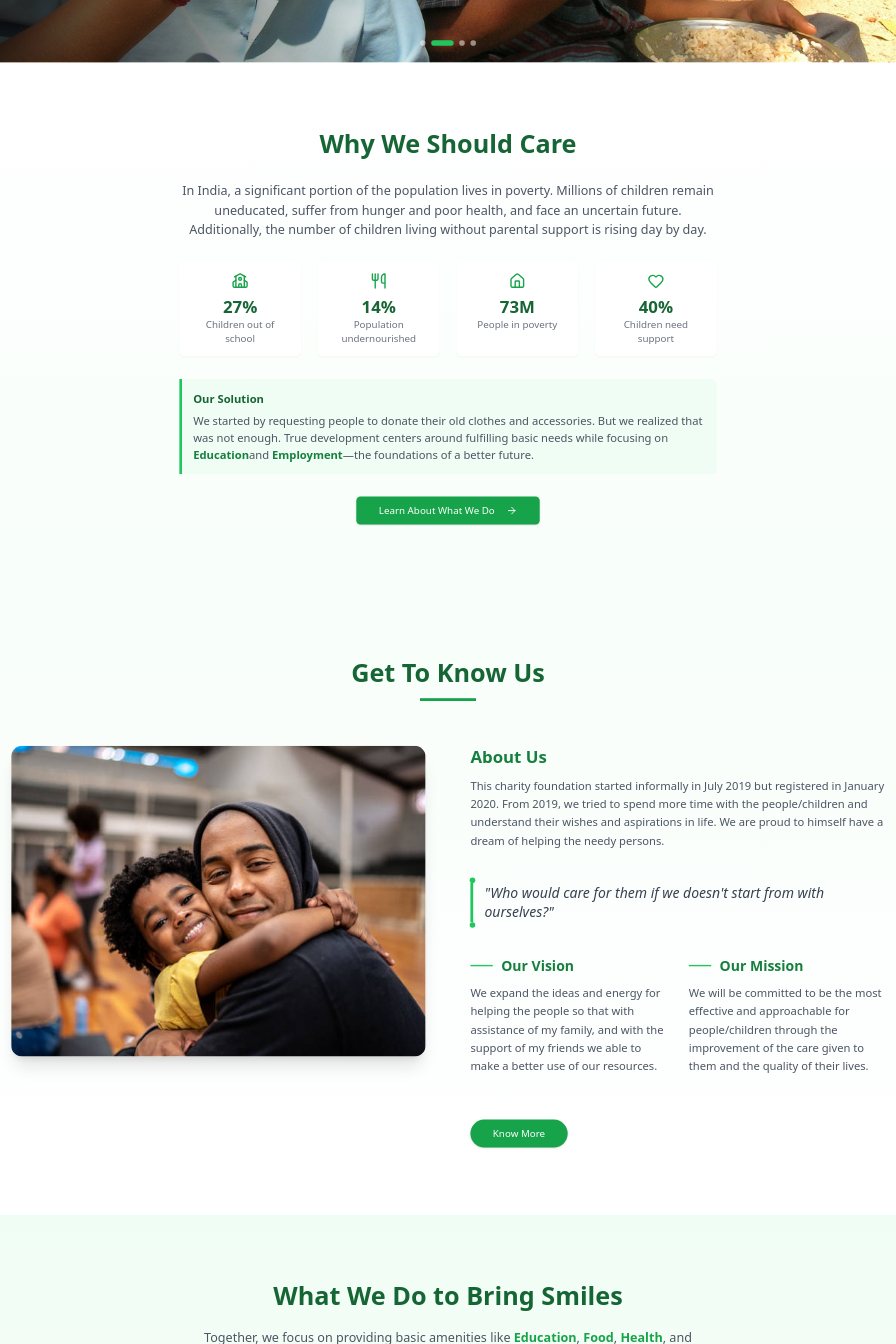
Repository: rajukumar2003/chandra-foundation
Page: /
These files come from the project's save history. The page is drawn as it stood at one moment and after the next save; the edit follows.
The browser window is 1280 px wide. The pictures show the part of the page from y = 579 to 2499 px (the page is 7619 px tall), at 70% of full size.
The project was rebuilt for these pictures with package versions that can differ from the ones it lists, and the page was loaded fresh each time. The framework's server and built-in components were replaced by stand-ins that run in the browser. Also part of the build but not shown: next.config.ts.

Above is the page before, as saved 2024-12-18 20:22:58.

### app/layout.tsx
import type { Metadata } from "next";
import { Geist, Geist_Mono } from "next/font/google";
import "./globals.css";
import Navbar from "./components/navbar";
import Footer from "./components/Footer";

const geistSans = Geist({
  variable: "--font-geist-sans",
  subsets: ["latin"],
});

const geistMono = Geist_Mono({
  variable: "--font-geist-mono",
  subsets: ["latin"],
});

export const metadata: Metadata = {
  title: "Create Next App",
  description: "Generated by create next app",
};

export default function RootLayout({
  children,
}: Readonly<{
  children: React.ReactNode;
}>) {
  return (
    <html lang="en">
      <body
        className={`${geistSans.variable} ${geistMono.variable} antialiased`}
      >
        <Navbar />
        {children}
        <Footer/>
      </body>
    </html>
  );
}

### app/globals.css
@tailwind base;
@tailwind components;
@tailwind utilities;
@layer base {
  :root {
    --background: 0 0% 100%;
    --foreground: 0 0% 3.9%;
    --card: 0 0% 100%;
    --card-foreground: 0 0% 3.9%;
    --popover: 0 0% 100%;
    --popover-foreground: 0 0% 3.9%;
    --primary: 0 0% 9%;
    --primary-foreground: 0 0% 98%;
    --secondary: 0 0% 96.1%;
    --secondary-foreground: 0 0% 9%;
    --muted: 0 0% 96.1%;
    --muted-foreground: 0 0% 45.1%;
    --accent: 0 0% 96.1%;
    --accent-foreground: 0 0% 9%;
    --destructive: 0 84.2% 60.2%;
    --destructive-foreground: 0 0% 98%;
    --border: 0 0% 89.8%;
    --input: 0 0% 89.8%;
    --ring: 0 0% 3.9%;
    --chart-1: 12 76% 61%;
    --chart-2: 173 58% 39%;
    --chart-3: 197 37% 24%;
    --chart-4: 43 74% 66%;
    --chart-5: 27 87% 67%;
    --radius: 0.5rem
  }
  .dark {
    --background: 0 0% 3.9%;
    --foreground: 0 0% 98%;
    --card: 0 0% 3.9%;
    --card-foreground: 0 0% 98%;
    --popover: 0 0% 3.9%;
    --popover-foreground: 0 0% 98%;
    --primary: 0 0% 98%;
    --primary-foreground: 0 0% 9%;
    --secondary: 0 0% 14.9%;
    --secondary-foreground: 0 0% 98%;
    --muted: 0 0% 14.9%;
    --muted-foreground: 0 0% 63.9%;
    --accent: 0 0% 14.9%;
    --accent-foreground: 0 0% 98%;
    --destructive: 0 62.8% 30.6%;
    --destructive-foreground: 0 0% 98%;
    --border: 0 0% 14.9%;
    --input: 0 0% 14.9%;
    --ring: 0 0% 83.1%;
    --chart-1: 220 70% 50%;
    --chart-2: 160 60% 45%;
    --chart-3: 30 80% 55%;
    --chart-4: 280 65% 60%;
    --chart-5: 340 75% 55%
  }
}
@layer base {
  * {
    @apply border-border;
  }
  body {
    @apply bg-background text-foreground;
  }
}

@keyframes float {
  0%, 100% {
    transform: translateY(0);
  }
  50% {
    transform: translateY(-20px);
  }
}

@keyframes float-delayed {
  0%, 100% {
    transform: translateY(0);
  }
  50% {
    transform: translateY(-15px);
  }
}

.animate-float {
  animation: float 6s ease-in-out infinite;
}

.animate-float-delayed {
  animation: float-delayed 5s ease-in-out infinite;
  animation-delay: 1s;
}

### app/components/Footer.tsx
"use client";

import { Facebook, Twitter, Instagram, Youtube, Mail } from "lucide-react";
import Link from "next/link";
import { Input } from "@/components/ui/input";
import { Button } from "@/components/ui/button";

const socialLinks = [
  { icon: Facebook, href: "#", label: "Facebook" },
  { icon: Twitter, href: "#", label: "Twitter" },
  { icon: Instagram, href: "#", label: "Instagram" },
  { icon: Youtube, href: "#", label: "YouTube" },
];

const quickLinks = [
  { name: "What we do?", href: "/about" },
  { name: "Our Work", href: "/programs" },
  { name: "Get Involved", href: "/get-involved" },
  { name: "Contact", href: "/contact" },
];

export default function Footer() {
  return (
    <footer className="bg-green-900 text-white">
      <div className="container mx-auto px-4 py-12">
        <div className="grid grid-cols-1 md:grid-cols-2 lg:grid-cols-4 gap-8">
          {/* Logo and Description */}
          <div className="space-y-4">
            <Link href="/" className="text-2xl font-bold">
              Chandra Foundation
            </Link>
            <p className="text-green-200 text-sm">
              Nurturing Dreams, Transforming Lives. Together, we can make a
              difference.
            </p>
          </div>

          {/* Quick Links */}
          <div>
            <h3 className="text-lg font-semibold mb-4">Quick Links</h3>
            <ul className="space-y-2">
              {quickLinks.map((link) => (
                <li key={link.name}>
                  <Link
                    href={link.href}
                    className="text-green-200 hover:text-white transition-colors"
                  >
                    {link.name}
                  </Link>
                </li>
              ))}
            </ul>
          </div>

          {/* Contact Info */}
          <div>
            <h3 className="text-lg font-semibold mb-4">Contact Us</h3>
            <address className="not-italic text-green-200 space-y-2">
              <p>123 Charity Lane</p>
              <p>Compassion City, CC 12345</p>
              <p>Phone: (123) 456-7890</p>
              <p>Email: info@chandrafoundation.org</p>
            </address>
          </div>

          {/* Newsletter Signup */}
          <div>
            <h3 className="text-lg font-semibold mb-4">Stay Updated</h3>
            <form className="space-y-2">
              <Input
                type="email"
                placeholder="Your email address"
                className="bg-white text-black placeholder-green-400"
              />
              <Button className="w-full bg-green-600 hover:bg-green-700">
                Subscribe
              </Button>
            </form>
          </div>
        </div>

        {/* Bottom Bar */}
        <div className="mt-12 pt-8 border-t border-green-800 flex flex-col md:flex-row justify-between items-center space-y-4 md:space-y-0">
          <div className="text-sm text-green-300">
            © {new Date().getFullYear()} Chandra Foundation. All rights
            reserved.
          </div>
          <div className="flex space-x-4">
            {socialLinks.map((link) => (
              <a
                key={link.label}
                href={link.href}
                className="text-green-300 hover:text-white transition-colors"
                aria-label={link.label}
              >
                <link.icon className="w-5 h-5" />
              </a>
            ))}
          </div>
        </div>
      </div>
    </footer>
  );
}

### app/components/AboutUs.tsx
'use client'

import { Button } from "@/components/ui/button"
import Image from "next/image"

export default function AboutUs() {
  return (
    <div className="bg-gradient-to-b from-green-50/50 to-white">
      <section className="container mx-auto px-4 py-16 lg:py-24">
        <div className="text-center mb-16">
          <h2 className="text-3xl md:text-4xl font-bold text-green-800 mb-4">
            Get To Know Us
          </h2>
          <div className="w-20 h-1 bg-green-600 mx-auto"></div>
        </div>

        <div className="grid lg:grid-cols-2 gap-12 lg:gap-16 items-start">
          {/* Left Side: Image */}
          <div className="relative aspect-[4/3] w-full max-w-md mx-auto lg:max-w-none rounded-2xl overflow-hidden shadow-xl">
            <Image
              src="/images/about us.jpg"
              alt="About Chandra Foundation"
              fill
              className="object-cover"
              sizes="(max-width: 768px) 100vw, 40vw"
            />
          </div>

          {/* Right Side: Content */}
          <div className="space-y-12">
            <div>
              <h3 className="text-2xl font-semibold text-green-700 mb-3">
                About Us
              </h3>
              <p className="text-gray-600 leading-relaxed">
                This charity foundation started informally in July 2019 but registered in January 2020.
                From 2019, we tried to spend more time with the people/children and understand their wishes
                and aspirations in life. We are proud to himself have a dream of helping the needy persons.
              </p>
            </div>

            {/* Quote */}
            <blockquote className="relative pl-4 border-l-4 border-green-500 italic text-gray-700 text-xl">
              "Who would care for them if we doesn't start from with ourselves?"
              <div className="w-2 h-2 bg-green-500 absolute -left-[5px] -top-2 rounded-full"></div>
              <div className="w-2 h-2 bg-green-500 absolute -left-[5px] -bottom-2 rounded-full"></div>
            </blockquote>

            <div className="grid md:grid-cols-2 gap-8">
              <div>
                <h3 className="text-xl font-semibold text-green-700 mb-3 flex items-center">
                  <span className="w-8 h-[2px] bg-green-500 mr-3"></span>
                  Our Vision
                </h3>
                <p className="text-gray-600 leading-relaxed">
                  We expand the ideas and energy for helping the people so that with assistance
                  of my family, and with the support of my friends we able to make a better use
                  of our resources.
                </p>
              </div>

              <div>
                <h3 className="text-xl font-semibold text-green-700 mb-3 flex items-center">
                  <span className="w-8 h-[2px] bg-green-500 mr-3"></span>
                  Our Mission
                </h3>
                <p className="text-gray-600 leading-relaxed">
                  We will be committed to be the most effective and approachable for people/children
                  through the improvement of the care given to them and the quality of their lives.
                </p>
              </div>
            </div>

            <div className="pt-4">
              <Button
                size="lg"
                className="bg-green-600 hover:bg-green-700 text-white rounded-full"
              >
                Know More
              </Button>
            </div>
          </div>
        </div>
      </section>
    </div>
  )
}

### app/components/ImpactSection.tsx
'use client'

import { motion } from "framer-motion"
import { Clock, Users, GraduationCap, HandHeart, Award } from 'lucide-react'

const stats = [
  {
    icon: Clock,
    value: 5,
    suffix: '+',
    label: 'Years of dedicated service to society',
    color: 'text-green-500'
  },
  {
    icon: GraduationCap,
    value: 1000,
    suffix: '+',
    label: 'Children received quality education',
    color: 'text-blue-500'
  },
  {
    icon: HandHeart,
    value: 5000,
    suffix: '+',
    label: 'Hours of community service',
    color: 'text-purple-500'
  },
  {
    icon: Users,
    value: 1000,
    suffix: '+',
    label: 'Partners and volunteers joined us',
    color: 'text-orange-500'
  },
  {
    icon: Award,
    value: 100,
    suffix: '%',
    label: 'Commitment to transforming lives',
    color: 'text-red-500'
  }
]

export default function ImpactSection() {
  return (
    <section className="py-24 bg-gradient-to-b from-green-50/50 to-white relative overflow-hidden">
      {/* Background Pattern */}
      <div className="absolute inset-0 opacity-[0.03]"
        style={{
          backgroundImage: `url("data:[embedded picture, 360 characters]")`
        }}
      />

      <div className="container mx-auto px-4">
        <motion.div
          initial={{ opacity: 0, y: 20 }}
          whileInView={{ opacity: 1, y: 0 }}
          viewport={{ once: true }}
          transition={{ duration: 0.6 }}
          className="text-center mb-16"
        >
          <h2 className="text-3xl md:text-4xl font-bold text-green-800 mb-4">
            Our Impact in Numbers
          </h2>
          <p className="text-gray-600 max-w-2xl mx-auto text-lg">
            Through your generous support and our dedicated team's efforts,
            we've made significant strides in transforming lives and building
            a better future for our community.
          </p>
        </motion.div>

        <div className="grid grid-cols-1 md:grid-cols-2 lg:grid-cols-5 gap-8 lg:gap-4">
          {stats.map((stat, index) => (
            <motion.div
              key={stat.label}
              initial={{ opacity: 0, y: 20 }}
              whileInView={{ opacity: 1, y: 0 }}
              viewport={{ once: true }}
              transition={{ duration: 0.6, delay: index * 0.1 }}
              className="relative group"
            >
              <div className="text-center p-6">
                <div className="mb-4 relative">
                  <div className="w-16 h-16 mx-auto rounded-full bg-white shadow-lg flex items-center justify-center group-hover:scale-110 transition-transform duration-300">
                    <stat.icon className={`w-8 h-8 ${stat.color}`} />
                  </div>
                </div>
                <h3 className="text-4xl font-bold text-gray-800 mb-2">
                  {stat.value.toLocaleString()}{stat.suffix}
                </h3>
                <p className="text-gray-600 text-sm">
                  {stat.label}
                </p>
              </div>
            </motion.div>
          ))}
        </div>
      </div>
    </section>
  )
}

### app/components/CtaSection.tsx
"use client";

import { motion } from "framer-motion";
import { Button } from "@/components/ui/button";
import { ArrowRight } from "lucide-react";

export default function CtaSection() {
  return (
    <section className="py-24 bg-gradient-to-b from-green-50/50 to-white relative overflow-hidden">
      {/* Background Elements */}
      <div className="absolute inset-0">
        <div className="absolute inset-0 bg-[radial-gradient(circle_at_top_right,rgba(34,197,94,0.05),transparent_50%)]" />
        <div className="absolute inset-0 bg-[radial-gradient(circle_at_bottom_left,rgba(34,197,94,0.05),transparent_50%)]" />
      </div>

      <div className="container mx-auto px-4 relative">
        <div className="max-w-5xl mx-auto">
          <motion.div
            initial={{ opacity: 0, y: 20 }}
            whileInView={{ opacity: 1, y: 0 }}
            viewport={{ once: true }}
            transition={{ duration: 0.6 }}
            className="items-center"
          >
            {/* Text Content */}
            <div className="text-center space-y-8">
              <h2 className="text-4xl md:text-5xl font-bold text-green-800 leading-tight">
                Together We Can Make The DIFFERENCE
              </h2>
              {/* <p className="text-xl text-gray-600">
                Let's create the{" "}
                <span className="text-green-600 font-semibold">DIFFERENCE</span>{" "}
                our community needs
              </p> */}

              <motion.p
                initial={{ opacity: 0, y: 20 }}
                whileInView={{ opacity: 1, y: 0 }}
                viewport={{ once: true }}
                transition={{ duration: 0.6, delay: 0.4 }}
                className="mt-12 text-xl text-gray-600 italic"
              >
                "The greatest gift you can give someone is your{" "}
                <span className="text-green-600 font-semibold">time</span>, your{" "}
                <span className="text-green-600 font-semibold">love</span>, your{" "}
                <span className="text-green-600 font-semibold">attention</span>,
                and your{" "}
                <span className="text-green-600 font-semibold">concern</span>."
              </motion.p>
              <motion.div
                initial={{ opacity: 0, x: -20 }}
                whileInView={{ opacity: 1, x: 0 }}
                viewport={{ once: true }}
                transition={{ duration: 0.6, delay: 0.2 }}
              >
                <Button
                  size="lg"
                  className="bg-green-600 hover:bg-green-700 text-white group"
                >
                  Join Us Today
                  <ArrowRight className="ml-2 h-4 w-4 transition-transform group-hover:translate-x-1" />
                </Button>
              </motion.div>
            </div>
          </motion.div>
        </div>
      </div>
    </section>
  );
}

### app/components/WhyCare.tsx
'use client'

import { motion } from "framer-motion"
import { Button } from "@/components/ui/button"
import { ArrowRight, School, Home, Heart, Utensils } from 'lucide-react'

const statistics = [
  {
    icon: School,
    value: "27%",
    label: "Children out of school"
  },
  {
    icon: Utensils,
    value: "14%",
    label: "Population undernourished"
  },
  {
    icon: Home,
    value: "73M",
    label: "People in poverty"
  },
  {
    icon: Heart,
    value: "40%",
    label: "Children need support"
  }
]

export default function WhyCare() {
  return (
    <section className="py-24 bg-gradient-to-b from-white to-green-50/50">
      <div className="container mx-auto px-4">
        <div className="max-w-3xl mx-auto">
          {/* Content Centered */}
          <motion.div
            initial={{ opacity: 0, y: 20 }}
            whileInView={{ opacity: 1, y: 0 }}
            viewport={{ once: true }}
            transition={{ duration: 0.6 }}
            className="space-y-8 text-center"
          >
            <h2 className="text-3xl md:text-4xl font-bold text-green-800">
              Why We Should Care
            </h2>

            <p className="text-lg text-gray-600">
              In India, a significant portion of the population lives in poverty.
              Millions of children remain uneducated, suffer from hunger and poor health,
              and face an uncertain future. Additionally, the number of children living
              without parental support is rising day by day.
            </p>

            <div className="grid grid-cols-2 sm:grid-cols-2 md:grid-cols-4 gap-6 justify-center">
              {statistics.map((stat, index) => (
                <motion.div
                  key={stat.label}
                  initial={{ opacity: 0, y: 20 }}
                  whileInView={{ opacity: 1, y: 0 }}
                  viewport={{ once: true }}
                  transition={{ duration: 0.6, delay: index * 0.1 }}
                  className="text-center p-4 bg-white rounded-lg shadow-sm hover:shadow-md transition-shadow"
                >
                  <stat.icon className="w-6 h-6 text-green-600 mx-auto mb-2" />
                  <div className="text-2xl font-bold text-green-800">{stat.value}</div>
                  <div className="text-sm text-gray-500">{stat.label}</div>
                </motion.div>
              ))}
            </div>

            <div className="bg-green-50 border-l-4 border-green-500 p-4 rounded-r-lg text-left mx-auto">
              <h3 className="font-semibold text-green-800 mb-2">Our Solution</h3>
              <p className="text-gray-600">
                We started by requesting people to donate their old clothes and accessories.
                But we realized that was not enough. True development centers around fulfilling
                basic needs while focusing on <span className="font-semibold text-green-700">Education</span>
                and <span className="font-semibold text-green-700">Employment</span>—the foundations of a better future.
              </p>
            </div>

            <Button
              size="lg"
              className="bg-green-600 hover:bg-green-700 text-white group mx-auto"
            >
              Learn About What We Do
              <ArrowRight className="ml-2 h-4 w-4 transition-transform group-hover:translate-x-1" />
            </Button>
          </motion.div>
        </div>
      </div>
    </section>
  )
}

### components/ui/button.tsx
import * as React from "react"
import { Slot } from "@radix-ui/react-slot"
import { cva, type VariantProps } from "class-variance-authority"

import { cn } from "@/lib/utils"

const buttonVariants = cva(
  "inline-flex items-center justify-center gap-2 whitespace-nowrap rounded-md text-sm font-medium transition-colors focus-visible:outline-none focus-visible:ring-1 focus-visible:ring-ring disabled:pointer-events-none disabled:opacity-50 [&_svg]:pointer-events-none [&_svg]:size-4 [&_svg]:shrink-0",
  {
    variants: {
      variant: {
        default:
          "bg-primary text-primary-foreground shadow hover:bg-primary/90",
        destructive:
          "bg-destructive text-destructive-foreground shadow-sm hover:bg-destructive/90",
        outline:
          "border border-input bg-background shadow-sm hover:bg-accent hover:text-accent-foreground",
        secondary:
          "bg-secondary text-secondary-foreground shadow-sm hover:bg-secondary/80",
        ghost: "hover:bg-accent hover:text-accent-foreground",
        link: "text-primary underline-offset-4 hover:underline",
      },
      size: {
        default: "h-9 px-4 py-2",
        sm: "h-8 rounded-md px-3 text-xs",
        lg: "h-10 rounded-md px-8",
        icon: "h-9 w-9",
      },
    },
    defaultVariants: {
      variant: "default",
      size: "default",
    },
  }
)

export interface ButtonProps
  extends React.ButtonHTMLAttributes<HTMLButtonElement>,
    VariantProps<typeof buttonVariants> {
  asChild?: boolean
}

const Button = React.forwardRef<HTMLButtonElement, ButtonProps>(
  ({ className, variant, size, asChild = false, ...props }, ref) => {
    const Comp = asChild ? Slot : "button"
    return (
      <Comp
        className={cn(buttonVariants({ variant, size, className }))}
        ref={ref}
        {...props}
      />
    )
  }
)
Button.displayName = "Button"

export { Button, buttonVariants }

### components/ui/input.tsx
import * as React from "react"

import { cn } from "@/lib/utils"

const Input = React.forwardRef<HTMLInputElement, React.ComponentProps<"input">>(
  ({ className, type, ...props }, ref) => {
    return (
      <input
        type={type}
        className={cn(
          "flex h-9 w-full rounded-md border border-input bg-transparent px-3 py-1 text-base shadow-sm transition-colors file:border-0 file:bg-transparent file:text-sm file:font-medium file:text-foreground placeholder:text-muted-foreground focus-visible:outline-none focus-visible:ring-1 focus-visible:ring-ring disabled:cursor-not-allowed disabled:opacity-50 md:text-sm",
          className
        )}
        ref={ref}
        {...props}
      />
    )
  }
)
Input.displayName = "Input"

export { Input }

Loaded but not shown: lib/utils.ts (common file); tailwind.config.js (83 lines, source omitted); app/(root)/page.tsx (269 lines, source omitted); app/components/navbar.tsx (210 lines, source omitted); app/components/OurPrograms.jsx (132 lines, source omitted); app/components/HistoryTimeline.tsx (120 lines, source omitted); app/components/HeroSection.tsx (132 lines, source omitted); app/components/StorySection.tsx (105 lines, source omitted); app/components/FoundersMessage.tsx (87 lines, source omitted)

After the next save:
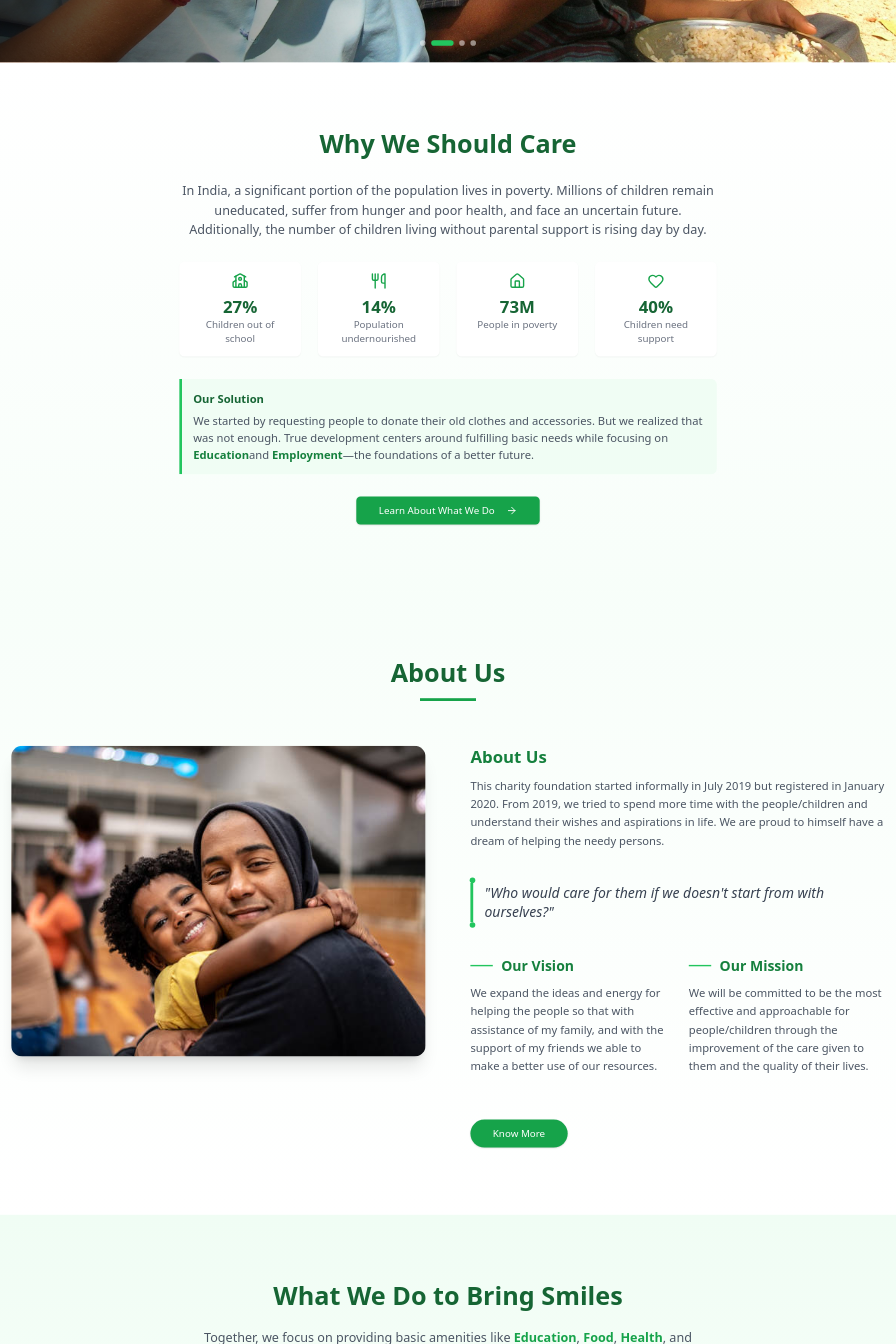
Saved 80 s later.
--- a/app/components/AboutUs.tsx
+++ b/app/components/AboutUs.tsx
@@ -9,7 +9,7 @@
       <section className="container mx-auto px-4 py-16 lg:py-24">
         <div className="text-center mb-16">
           <h2 className="text-3xl md:text-4xl font-bold text-green-800 mb-4">
-            Get To Know Us
+            About Us
           </h2>
           <div className="w-20 h-1 bg-green-600 mx-auto"></div>
         </div>
